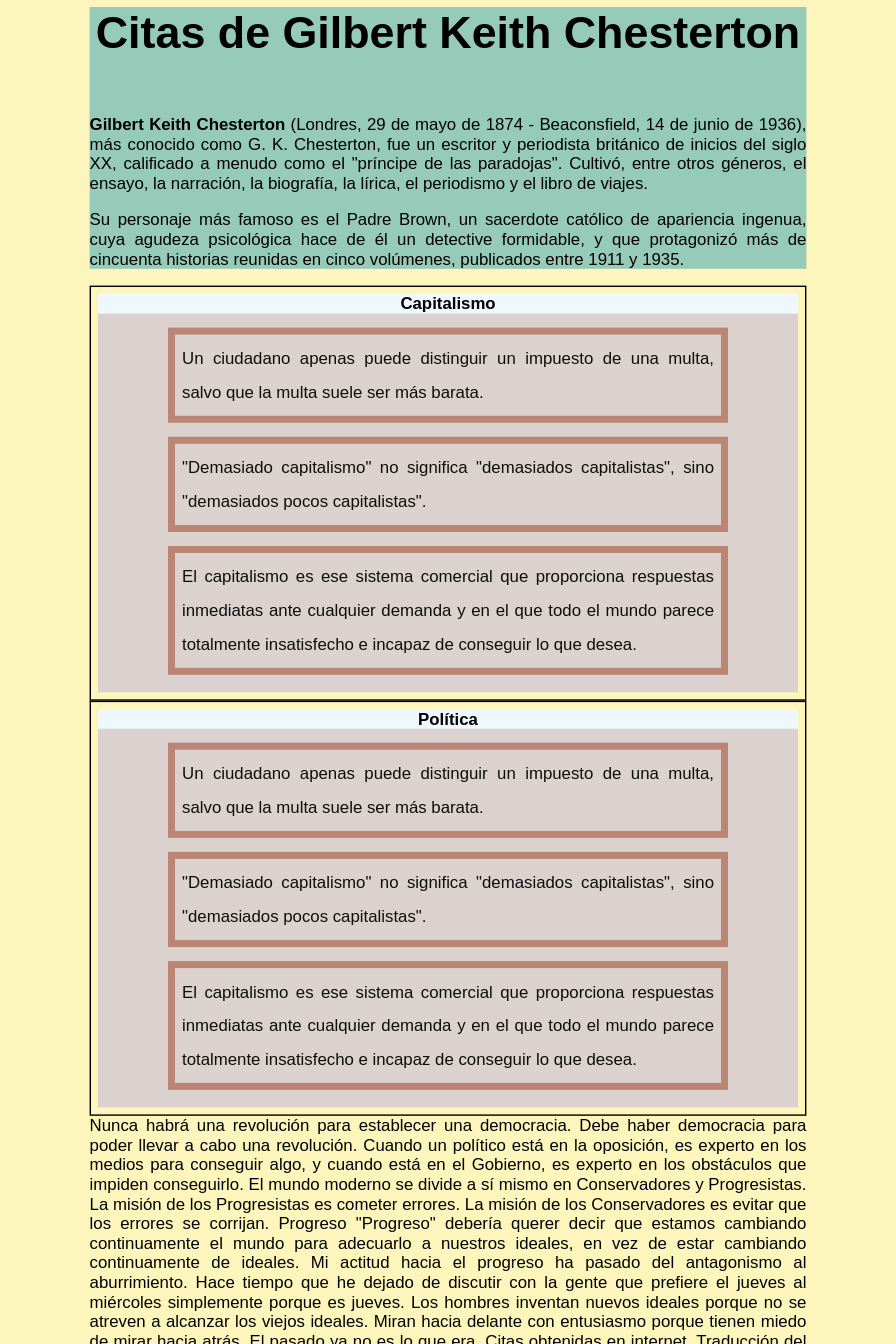
Repository: EmilyMachuca-Developer/Advanced-Programming-Projects
Page: index.html
These files come from the project's save history. The page is drawn as it stood at one moment and after a run of saves; the edit follows.
The browser window is 1280 px wide. The pictures show the part of the page from y = 0 to 1920 px (the page is 1968 px tall before and 3336 px after), at 70% of full size.

Above is the page before, as saved 2024-02-26 20:38:22.

After the next 2 saves:
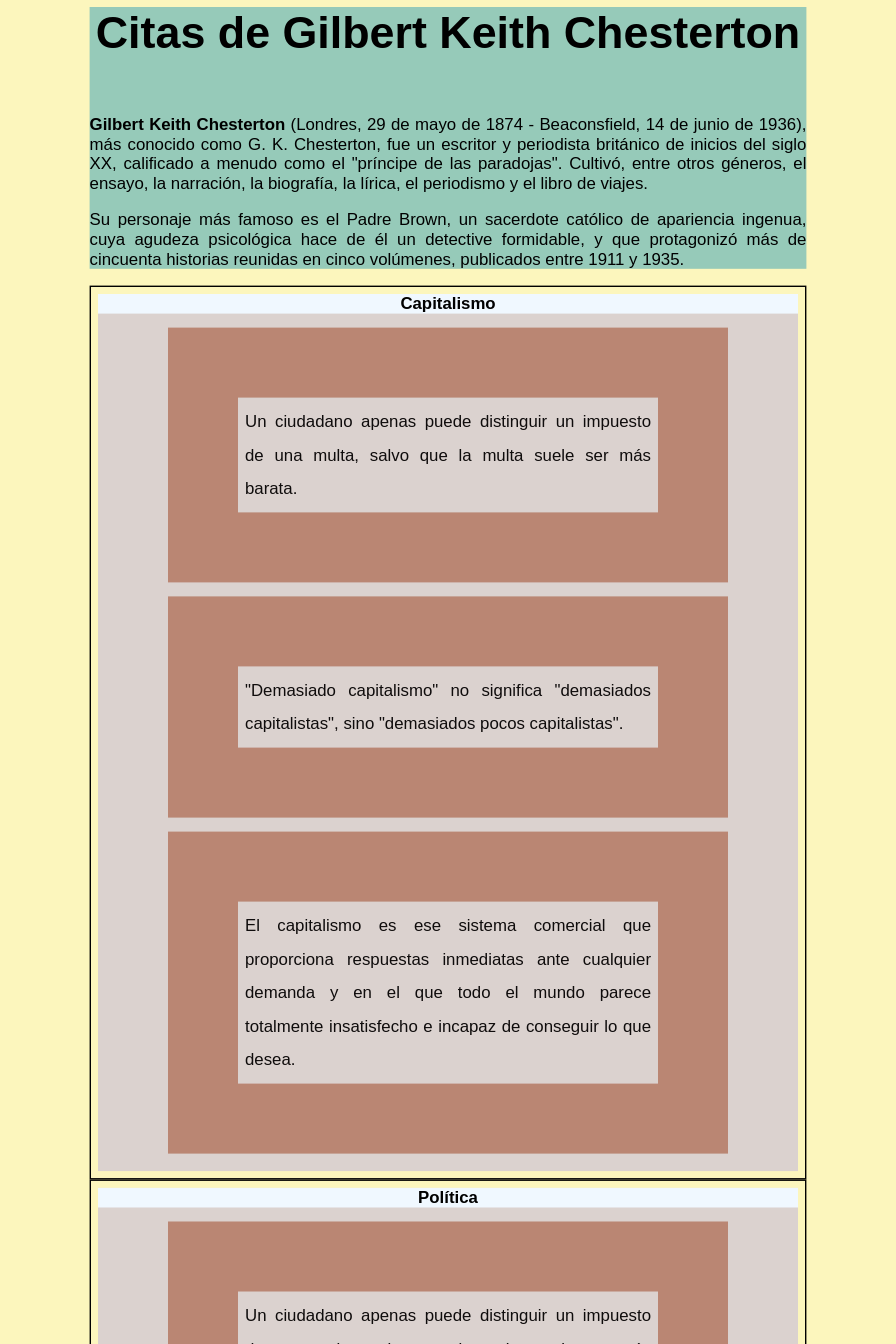
The 2 saves are shown as one change because they came seconds apart.
The last was saved 50 s later.
--- a/Taller 2/css/style.css
+++ b/Taller 2/css/style.css
@@ -40,7 +40,7 @@
   }
 
   section p {
-    border: hwb(16 45% 27%)10px solid;
+    border: hwb(16 45% 27%)100px solid;
     margin: 20px 10%;
     padding: 10px;
     color: rgb(15, 12, 12);

After the save that followed:
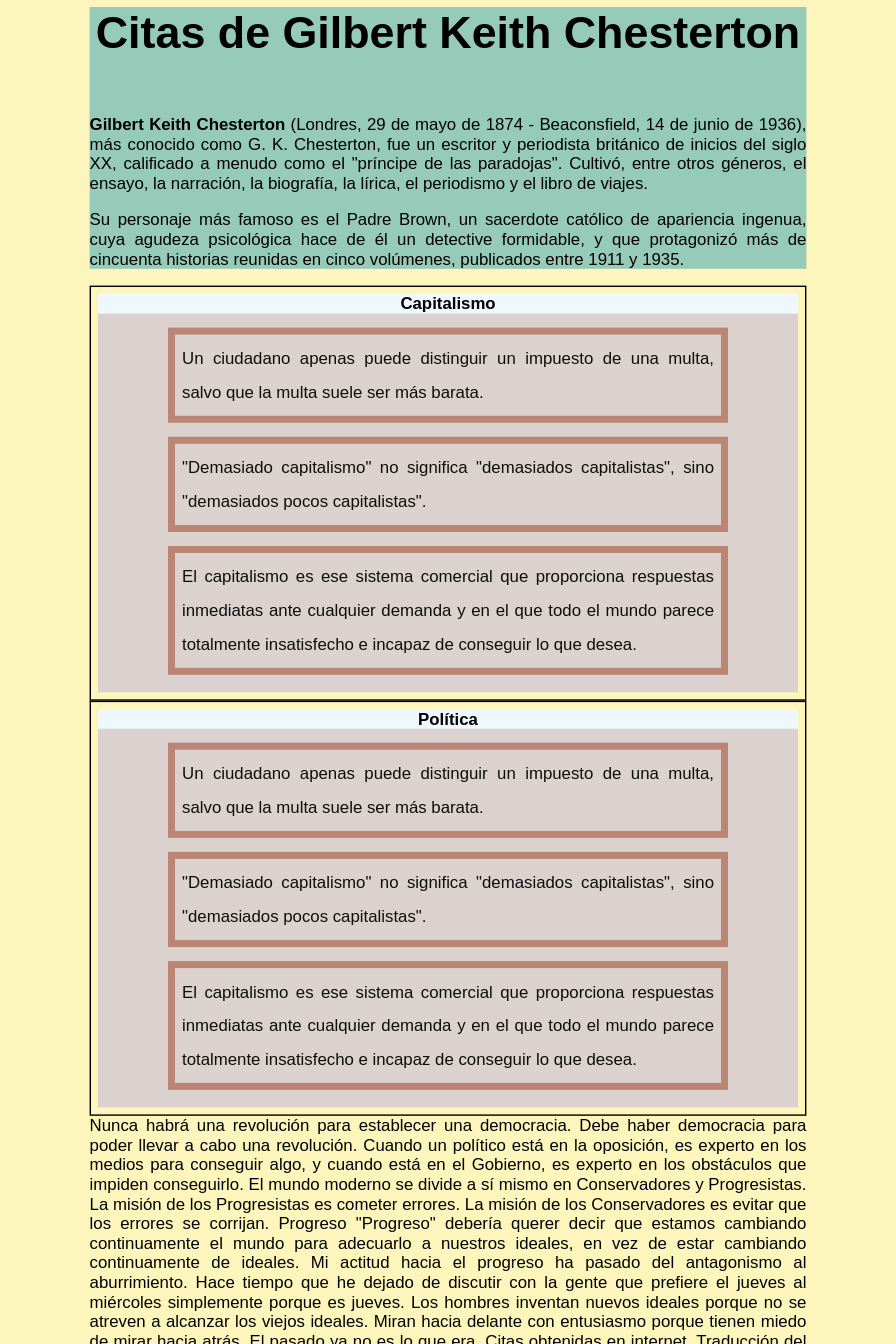
Saved 8 s later.
--- a/Taller 2/css/style.css
+++ b/Taller 2/css/style.css
@@ -40,7 +40,7 @@
   }
 
   section p {
-    border: hwb(16 45% 27%)100px solid;
+    border: hwb(16 45% 27%)10px solid;
     margin: 20px 10%;
     padding: 10px;
     color: rgb(15, 12, 12);
